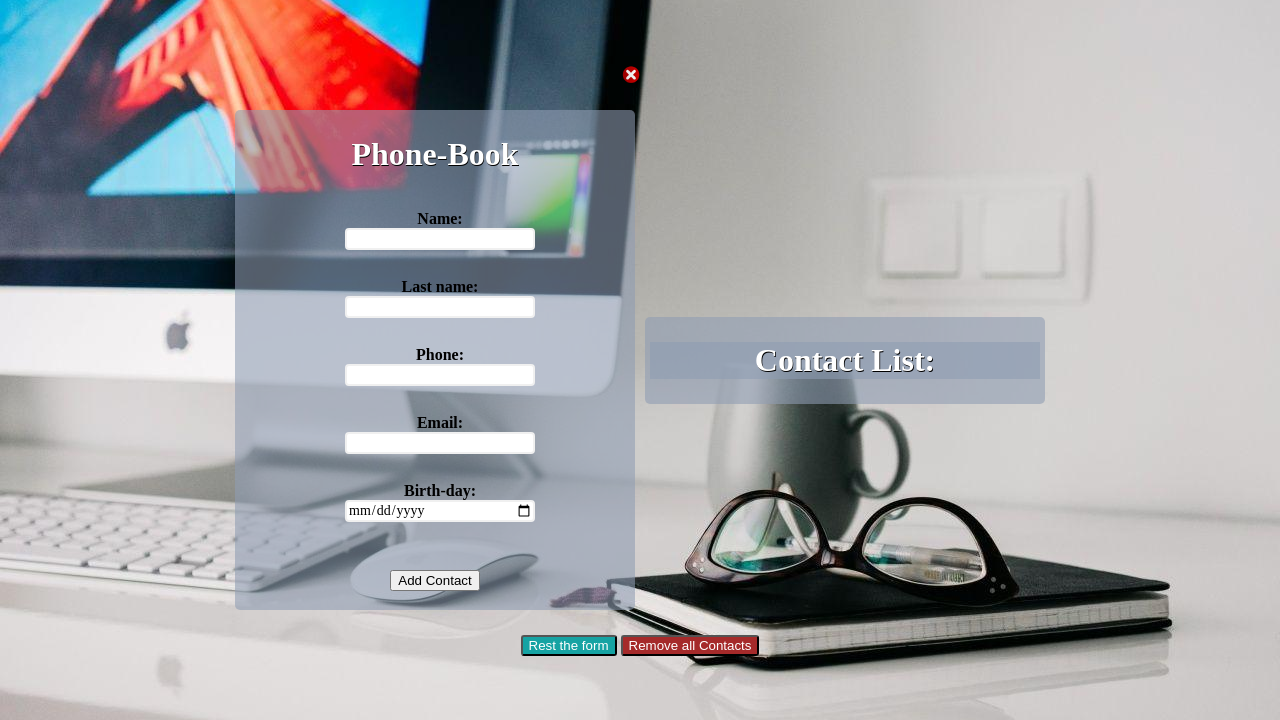
Repository: STA1357/Phone-book
Page: Inner.html
The author's editor kept a copy of each file at every save. The page is drawn from the files as they stood at one save, then again after a run of saves.
The browser window is 1280 px wide. The pictures show the whole page.

Above is the page before, as saved 2020-12-12 18:03:57.

### Inner.html
<!DOCTYPE html>
<html lang="en">
<head>
    <meta charset="UTF-8">
    <meta name="viewport" content="width=device-width, initial-scale=1.0">
    <title>Phone Book</title>
    <link rel="stylesheet" href="./styles.css">
    <script src="./app.js"></script>
</head>
<body>
    <form action="#" method="POST" id="form" class="form">

        <header>
            <div class="header-title">
                <h1>Phone-Book</h1>
            </div>
        </header>

        <main>
            <div class="container">

                <div class="form-control">
                <label for="name">Name:</label>
                <input type="text" class="form-input" id="nameInput">
                <small>Field is required</small>
                </div>

                <div class="form-control">
                <label for="lname">Last name:</label>
                <input type="text" class="form-input" id="lnameInput">
                <small>Field is required</small>
                </div>

                <div class="form-control">
                <label for="tel">Phone:</label>
                <input type="text" class="form-input" id="telInput" class="tellinput">
                <small>Field is required</small>
                </div>


                <div class="form-control">
                <label for="email">Email:</label>
                <input type="email" class="form-input" id="emailInput">
                <small>Field is required</small>
                </div>


                <div class="form-control">
                <label for="birthname">Birth-day:</label>
                <input type="date" class="form-input" id="birthInput">
                <small>Field is required</small>
                </div>

            </div>

        </main>

        <div class="btn">
        <button type="submit" id="btnAdd">Add Contact</button>
    </div>
    </form>
<div class="list-container">
    <h2 class="listTitle">Contact List:</h2>
    <ul id="users"></ul>
</div>

<div class="clearBook">
    <button id="restBtn" class="restBtn">Rest the form</button>
    <img src="./delete.png" class="delete-png">
    <button id="clearBookBtn" class="clearBookBtn" onclick="removeAll()">Remove all Contacts</button>
</div>

</body>
</html>

### styles.css
*{
    box-sizing: border-box;

}

body{
    display: flex;
    flex-direction: row;
    align-items: center;
    justify-content: center;
    min-height: 100vh;
    margin: 0;
    background: url("./wp3990421-office-wallpapers.jpg") no-repeat fixed center center;
    background-size: cover;
}

.header-title{
    color: white;
    text-shadow: 0.5px 0.5px black;
}

form{
    max-height: 500px;
    background-color: rgba(144, 156, 179, 0.589);
    width: 400px;
    max-width: 100%;
    margin-right: 10px;
    text-align: center;
    border-radius: 5px;
    position: relative;
}

main{
    margin-left: 25%;
}

.container{
    text-align: center;
    display: block;
    width: 70%;
}

.list-container{
    background-color: rgba(144, 156, 179, 0.589);
    width: 400px;
    max-width: 100%;
    page-break-after: 30px 40px;
    border-radius: 5px;
    max-height: 500px;
    overflow: auto;
}

.listTitle{
    color: white;
    text-shadow: 0.7px 0.7px black;
    font-size: 32px;
    margin-top: 20px;
    margin-bottom: 20px;
    position: sticky;
    top: 20px;
    background-color: rgba(144, 156, 179, 0.589);
}

.titleLi{
    color: rgb(15, 87, 129);
    text-shadow: 0.5px 0.5px black;
    font-size: 22px;
}

.infoList{
    color: black;
    font-size: 18px;
}

h2{
    text-align: center;
}

label{
    font-weight: bold;
}

.form-control input {
	border: 2px solid #f0f0f0;
	border-radius: 4px;
	display: block;
	font-family: inherit;
	font-size: 14px;

	width: 100%;
}

.restBtn{
    border-radius: 3px;
    background-color: rgb(22, 163, 163);
    text-align: center;
    color: white;
}

.delete-png{
    width: 20px;
    height: 20px;
    position: fixed;
}

.btn{
    padding: 20px 0;
}


.selected{
    background-color: skyblue;
    color: black;
    text-shadow: 0.5px 0.5px grey;
}

.deleteBtn::before{
    color: brown;
    content: "delete";
    font-weight: bold;
}

.deleteAll::before{
    color: brown;
    content: "delete";
}

div{
    padding: 5px;
}

li{
    font-weight: bold;
    font-style: italic;
}

.clearBook{
    display: block;
    position: fixed;

}

.clearBookBtn{
    margin-top: 570px;
    background-color: brown;
    color: white;
    border-radius: 3px;
}

.form-control.success input{
    border-color: rgb(18, 206, 18);
}

.form-control.error input{
    border-color: rgb(224, 68, 68);
}


.form-control small {
	color: rgb(224, 68, 68);
	bottom: 0;
	left: 0;
	visibility: hidden;
}

.form-control.error small{
    visibility: visible;
}

.active {
    background-color: gray;
}

### app.js
// compare dates = new Date(date value from contact).toDateString() === new Date().toDateString()

window.onload = function() {
    const localKey = 'contactsCollection';
    const form = document.querySelector('form');
    const list = document.getElementById('users');
    const userName = document.getElementById('nameInput');
    const userLname = document.getElementById('lnameInput');
    const userTel = document.getElementById('telInput');
    const userEmail = document.getElementById('emailInput');
    const userBirth = document.getElementById('birthInput');

    let contactsList = getContacts();
    let activeContact = {};

    generateContactList();
    compareDates();

    function compareDates() {
        const today = new Date().toDateString();
        const todayBirthDays = contactsList.filter(({ birthDay }) => new Date(birthDay).toDateString() === today);
        if (todayBirthDays.length) {
            console.log(todayBirthDays);
        }
    }
    //validation
    form.addEventListener('submit', (e) => {
        e.preventDefault();
        if (validateForm()) {
            const contact = {
                id: Object.keys(activeContact).length ? activeContact.id : getId(),
                name: userName.value,
                lastName: userLname.value,
                phone: userTel.value,
                mail: userEmail.value,
                birthDay: userBirth.value
            }
            if (Object.keys(activeContact).length) {
                updateContact(contact);
                setActiveContact({});
            } else {
                recordContact(contact);
            }
        }
    })

    function setErrorFor (input) {
        const formControl = input.parentElement;
        formControl.classList.add("error");
    }

    function removeError(input) {
        const formControl = input.parentElement;
        formControl.classList.remove("error");
    }

    function isValidField(field) {
        const valid = !!field.value.trim();
        if (!valid) {
            setErrorFor(field);
        } else {
            removeError(field);
        }
        return valid;
    }

    function validateForm() {
        const validateFields = document.querySelectorAll('.form-input');
        const validFields = [];
        validateFields.forEach(field => validFields.push(isValidField(field)));
        return !validFields.some(valid => !valid);
    }

    function getContacts() {
        const res = localStorage.getItem(localKey);
        return res ? JSON.parse(res) : [];
    }

    function setToStorage(data) {
        localStorage.setItem(localKey, data);
    }

    function updateContactList(newList) {
        const string = JSON.stringify(newList);
        contactsList = newList;
        setToStorage(string);
        generateContactList();
    }

    function recordContact(newContact) {
        updateContactList([...contactsList, newContact])
    }

    function updateContact(newData) {
        contactsList = contactsList.map(contact => contact.id === newData.id ? newData : contact);
        updateContactList(contactsList);
    }

    function deleteContact(removeId) {
        contactsList = contactsList.filter(({ id }) => id !== removeId);
        updateContactList(contactsList);
    }

    function switchButtonTitle(){
        const switchButton = document.getElementById('btnAdd');
        switchButton.innerText = "Update";
    }

    function setActiveContact(contact) {
        activeContact = contact;
        const contacts = document.querySelectorAll('.contact-item');
        const { id = "", name = "", lastName = "", phone = "", mail = "", birthDay = "" } = contact;
            contacts.forEach((contact) => {
                if (contact.id === `contact-${id}`) {
                    contact.classList.add('active');
                } else {
                    contact.classList.remove('active');
                    switchButtonTitle();
                }
            })
            userName.value = name;
            userLname.value = lastName;
            userTel.value = phone;
            userEmail.value = mail;
            userBirth.value = birthDay;
    }

    function generateContactList() {
        const fragment = document.createDocumentFragment();
        contactsList.forEach((contact) => {
            const { id, name, lastName, phone, mail, birthDay } = contact;
            const container = document.createElement('div');

            container.onclick = () => setActiveContact(contact);
            container.id = `contact-${id}`;
            container.className = 'contact-item';
            const title = document.createElement('li');
            title.className = 'titleLi'
            title.innerText = `${name} ${lastName}`;

            const infoList = document.createElement('b');
            infoList.className = 'infoList'
            infoList.innerText = `${phone}
            ${mail}
            ${birthDay}`;
            // phonesList.innerText = phones.join(' ');
            container.appendChild(title);
            container.appendChild(infoList);
            const deleteBtn = document.createElement('button');
            deleteBtn.className = 'deleteBtn'
            container.appendChild(deleteBtn);
            deleteBtn.addEventListener('mousedown', function (e) {
                e.preventDefault();
            })
            fragment.appendChild(container);

            deleteBtn.addEventListener('click', function (e) {
                deleteContact(id);
            })
            document.getElementById('nameInput').value = "";
            document.getElementById('lnameInput').value = "";
            document.getElementById('telInput').value = "";
            document.getElementById('emailInput').value = "";
            document.getElementById('birthInput').value = "";
        });


        list.innerHTML = '';
        list.appendChild(fragment);


    }

    function getId() {
        return '_' + Math.random().toString(36).substr(2, 9);
    };
}

function removeAll(){
    if(window.confirm("This action will remove all contacts. Are you sure?")){
        window.localStorage.clear();
        document.location.reload();
    }
}


function newFunction() {
    return document.getElementById('contactsCount');
}
//function move_up() {
//document.getElementById('list-container').scrollTop += 10;
//}

//function move_down() {
//document.getElementById('list-container').scrollTop -= 10;
//}

// const form = document.querySelector('form')
// const list = document.getElementById('users')
// const userName = document.getElementById('nameInput')
// const userLname = document.getElementById('lnameInput')
// const userTel = document.getElementById('telInput')
// const userEmail = document.getElementById('emailInput')
// const userBirth = document.getElementById('birthInput')
// const entry = document.createElement('li')


// function addUser() {
//     const list = document.getElementById('users')
//     const userName = document.getElementById('nameInput')
//     const userLname = document.getElementById('lnameInput')
//     const userTel = document.getElementById('telInput')
//     const userEmail = document.getElementById('emailInput')
//     const userBirth = document.getElementById('birthInput')
//     const entry = document.createElement('li')
//     entry.appendChild(document.createTextNode(userName.value + ' ' + userLname.value + ' '
//     + userTel.value + ' ' + userEmail.value + ' ' + userBirth.value))
//     list.appendChild(entry)
//     return false

// }

// let bookContacts = [];

// const addContacts = (ev) => {
//     ev.preventDefault();
//     let contact = {
//         name: document.getElementById('nameInput').value,
//         lname: userLname.value,
//         tel: userTel.value,
//         email: userEmail.value,
//         birthday: userBirth.value
//     }
//     bookContacts.push(contact);
//     document.forms[0].reset();
// }
// document.addEventListener('DomContentLoad', () =>{
//     document.getElementById('btnAdd').addEventListener('click',addContacts)
// })
// console.log(bookContacts);




/*class Person{
    constructor(options){
        this.name = options.name
        this.lname = options.lname
        this.tel = options.tel
        this.email = options.email
        this.birthday = options.birthday
    }
}

class User extends Person{
    static type = "User"
}

const user = new User({
    name: "",
    lname: "",
    tel: "",
    email:"",
    birthday:""
})


localStorage.setItem('userInfo', JSON.stringify(user));




const raw = localStorage.getItem('userInfo')
const userInfo = JSON.parse(raw)
userInfo.name = 'Maxim'

console.log(userInfo);*/

After the next 2 saves:
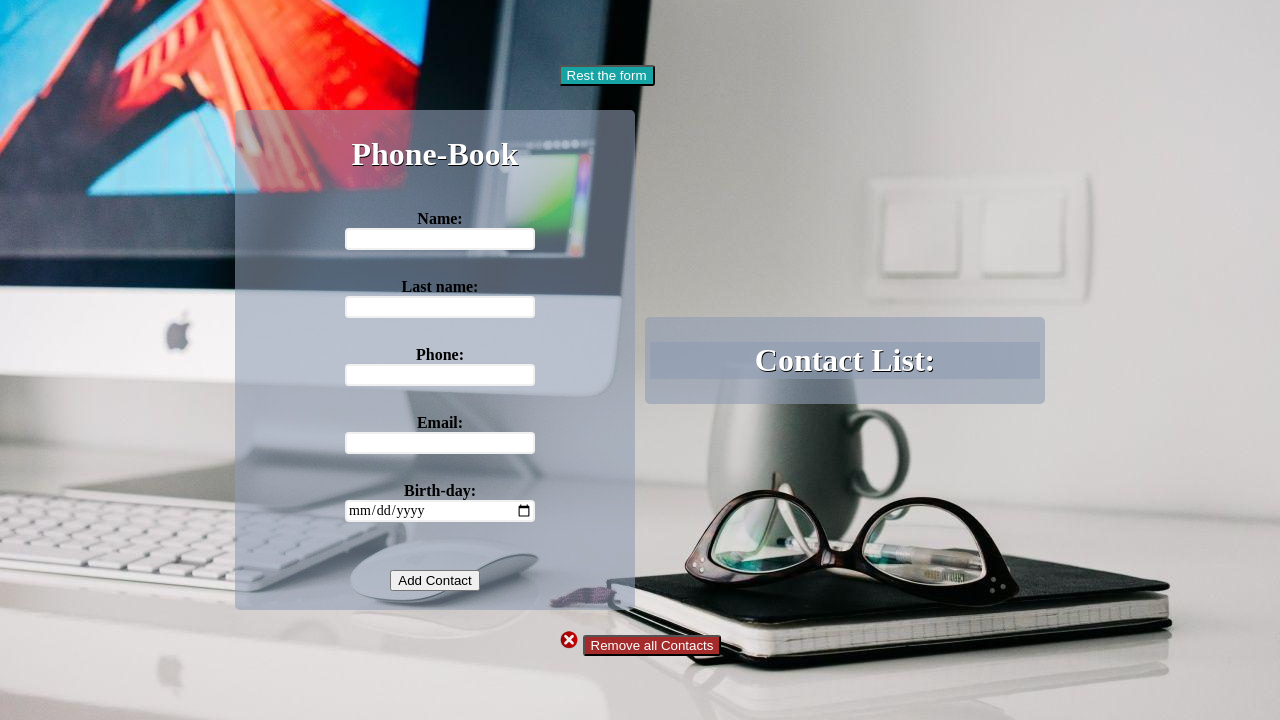
The 2 saves are shown as one change because they came seconds apart.
The last was saved 16 s later.
--- a/styles.css
+++ b/styles.css
@@ -95,12 +95,12 @@ label{
     background-color: rgb(22, 163, 163);
     text-align: center;
     color: white;
+    position: fixed
 }
 
 .delete-png{
     width: 20px;
     height: 20px;
-    position: fixed;
 }
 
 .btn{
